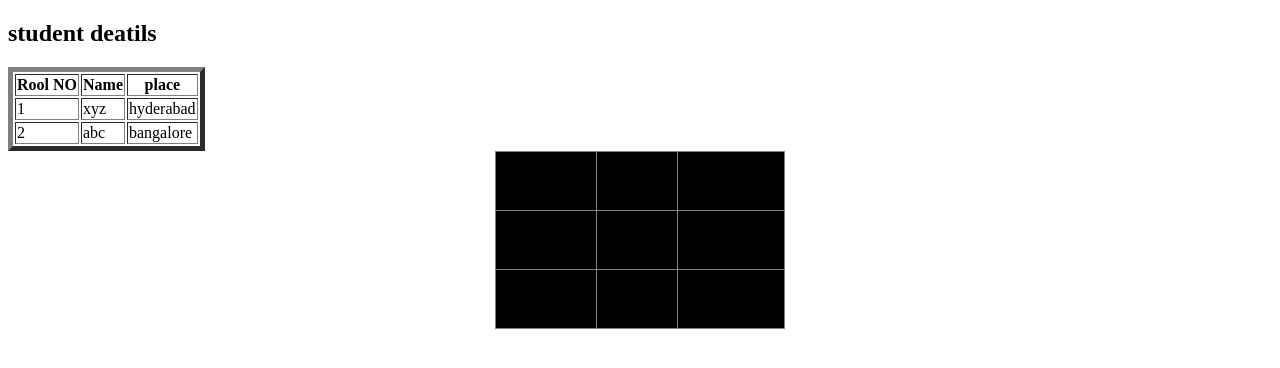
Repository: viveknaidu007/repo-113-HTML
Page: 3.html
These files come from the project's save history. The page is drawn as it stood at one moment and after the next save; the edit follows.
The browser window is 1280 px wide. The pictures show the whole page.

Above is the page before, as saved 2024-06-10 19:57:35.

### 3.html
<!DOCTYPE html>
<html>
    <head>
        <title> Table Demo </title>
    </head>

    <body>
        <h2> student deatils</h2>
        <table border="5">

            <tr>
                <th> Rool NO</th>
                <th> Name</th>
                <th> place</th>
            </tr>

            <tr>
                <td>1</td>
                <td>xyz</td>
                <td>hyderabad</td>
            </tr>

            <tr>
                <td>2</td>
                <td>abc</td>
                <td>bangalore</td>
            </tr>

        </table>

        <table border="1" style="border-collapse:collapse" cellpadding="20" cellspacing="5" align="center" bgcolor="black">

            <tr>
                <th> Rool NO</th>
                <th> Name</th>
                <th> place</th>
            </tr>

            <tr>
                <td>1</td>
                <td>xyz</td>
                <td>hyderabad</td>
            </tr>

            <tr>
                <td>2</td>
                <td>abc</td>
                <td>bangalore</td>
            </tr>

        </table>

    </body>
</html>

After the next save:
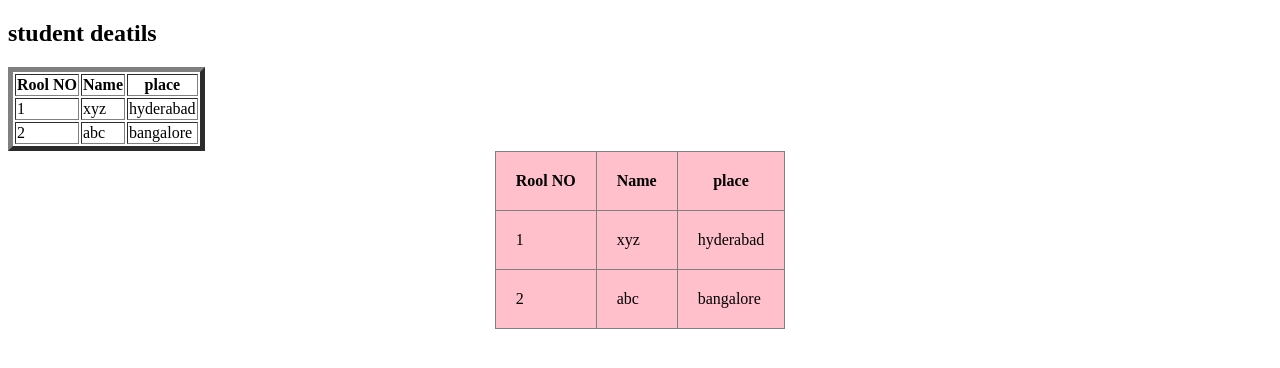
Saved 8 s later.
--- a/3.html
+++ b/3.html
@@ -28,7 +28,7 @@
 
         </table>
 
-        <table border="1" style="border-collapse:collapse" cellpadding="20" cellspacing="5" align="center" bgcolor="black">
+        <table border="1" style="border-collapse:collapse" cellpadding="20" cellspacing="5" align="center" bgcolor="pink">
 
             <tr>
                 <th> Rool NO</th>
